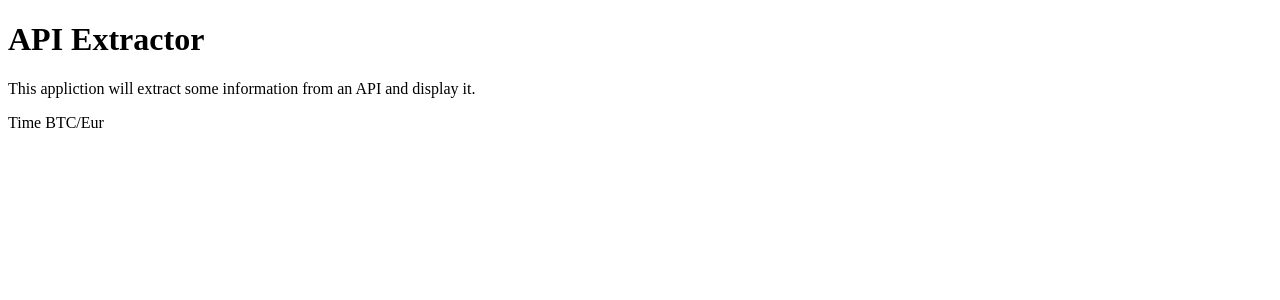
Repository: vxyux/api-extraction
Page: index.html
These files come from the project's save history. The page is drawn as it stood at one moment and after a run of saves; the edit follows.
The browser window is 1280 px wide. The pictures show the whole page.
The page's requests for data from a server got no answer.

Above is the page before, as saved 2023-09-05 10:14:10.

After the next 3 saves:
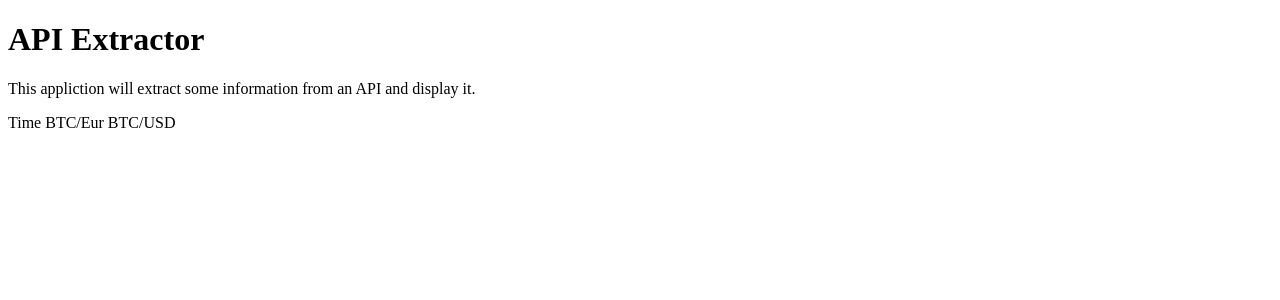
The 3 saves are shown as one change because they came seconds apart.
The last was saved 7 s later.
--- a/index.html
+++ b/index.html
@@ -14,7 +14,7 @@
   <tr>
     <th>Time</th>
     <th>BTC/Eur</th>
-
+    <th>BTC/USD</th>
   </tr>
 </body>
 </html>
